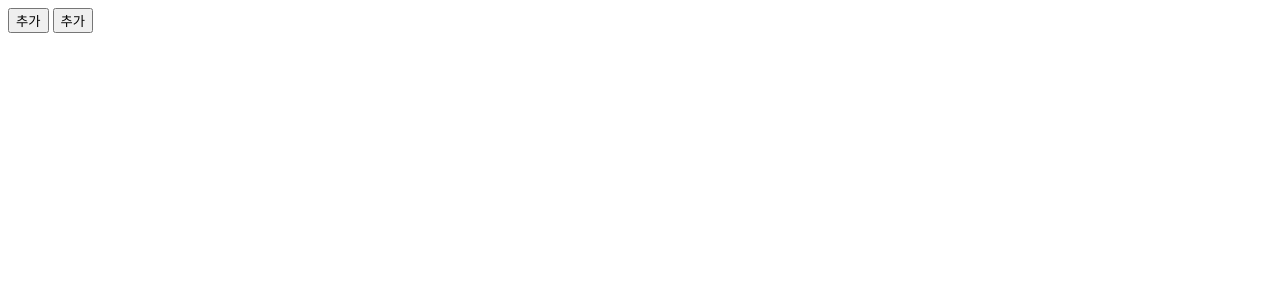
Repository: SeungjaeYu/webstudy
Page: webstudy/14_javascript/ch07_style/test04.html
An editor plug-in stored every save of this project. The page is shown before and after a run of saves, followed by the edit.
The browser window is 1280 px wide. The pictures show the whole page.

Above is the page before, as saved 2019-10-01 11:17:33.

### webstudy/14_javascript/ch07_style/test04.html
<!DOCTYPE html>
<html lang="en">
<head>
    <meta charset="UTF-8">
    <meta name="viewport" content="width=device-width, initial-scale=1.0">
    <meta http-equiv="X-UA-Compatible" content="ie=edge">
    <title>Document</title>
    <style>
        h2 {
            transition: 2s;
        }
        .a {
            border: 2px solid black;
            background: #345;
            color: white;
            margin: 30px;
            padding: 30px;
            height: 100px;
            text-align: center;
            line-height: 100px;
            border-radius: 30px;
        }
        .b {
            font-size: 40px;
            font-weight: bold;
        }
    </style>
</head>
<body>
    <div>
        <button>추가</button>
        <button>추가</button>
    </div>
    <script>
        function changeCss() {
            let h2Ele = document.querySelector("h2");
            h2Ele.class = "a";  // class 속성은 class가 아닌 className을 이용한다.
            h2Ele.className = "a";
            h2Ele["className"] = "a";
            // h2Ele.setAttribute("className", "a") = "a";  // 불가능
            h2Ele.setAttribute("class", "a") = "a";  // 가능, setAttribute는 원래의 속성 이름으로 적어야 한다.
        };
    </script>
</body>
</html>

After the next 2 saves:
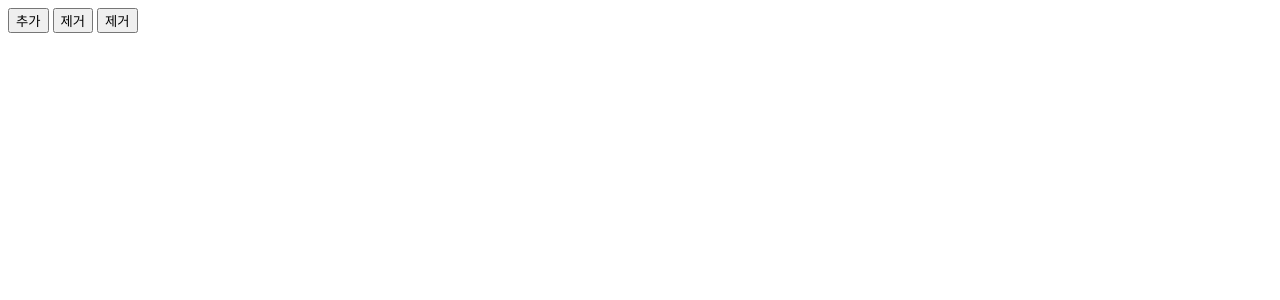
The 2 saves are shown as one change because they came seconds apart.
The last was saved 5 s later.
--- a/webstudy/14_javascript/ch07_style/test04.html
+++ b/webstudy/14_javascript/ch07_style/test04.html
@@ -29,7 +29,8 @@
 <body>
     <div>
         <button>추가</button>
-        <button>추가</button>
+        <button>제거</button>
+        <button>제거</button>
     </div>
     <script>
         function changeCss() {
